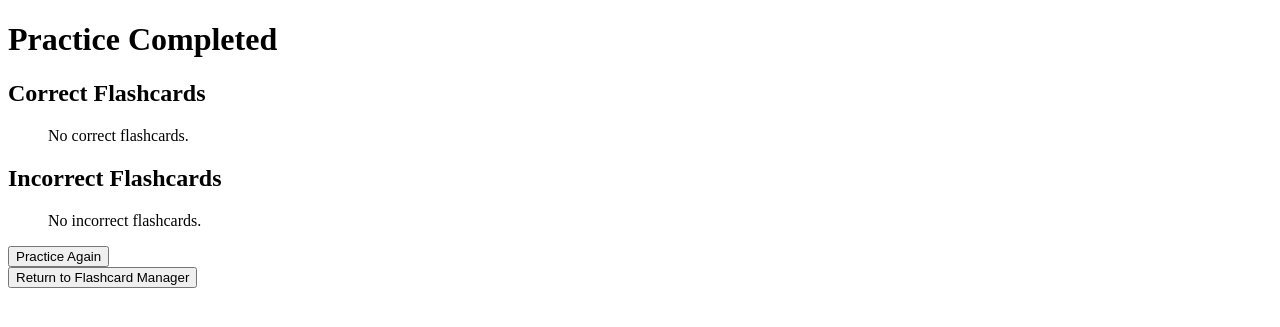
Repository: Oriyin/Algorithm_StudyHelper
Page: http://localhost/practice_completed
The author's editor kept a copy of each file at every save. The page is drawn from the files as they stood at one save, then again after the next save.
The browser window is 1280 px wide. The pictures show the whole page.
The page is served by the project's application, run on Flask 3 (backend/app.py).

Above is the page before, as saved 2024-10-11 12:22:52.

### templates/practice_completed.html
<!DOCTYPE html>
<html lang="en">
<head>
    <meta charset="UTF-8">
    <meta name="viewport" content="width=device-width, initial-scale=1.0">
    <title>Practice Completed</title>
</head>
<body>
    <h1>Practice Completed</h1>

    <h2>Correct Flashcards</h2>
    <ul>
        {% if correct_flashcards %}
            {% for flashcard in correct_flashcards %}
                <li>{{ flashcard.term }} - {{ flashcard.meaning }}</li>
            {% endfor %}
        {% else %}
            <p>No correct flashcards.</p>
        {% endif %}
    </ul>

    <h2>Incorrect Flashcards</h2>
    <ul>
        {% if incorrect_flashcards %}
            {% for flashcard in incorrect_flashcards %}
                <li>{{ flashcard.term }} - {{ flashcard.meaning }}</li>
            {% endfor %}
        {% else %}
            <p>No incorrect flashcards.</p>
        {% endif %}
    </ul>

    <form method="GET" action="{{ url_for('start_practice') }}">
        <button type="submit">Practice Again</button>
    </form>

    <form method="GET" action="{{ url_for('manage_flashcards') }}">
        <button type="submit">Return to Flashcard Manager</button>
    </form>
</body>
</html>

### backend/algorithm.py
# This is code perfectly work entire program.
import random
# backend/algorithm.py

# Insertion Sort Algorithm (used for immediate sorting by due date when adding a new task)
def insertion_sort(arr, key):
    for i in range(1, len(arr)):
        current_element = arr[i]
        j = i - 1
        while j >= 0 and arr[j][key] > current_element[key]:
            arr[j + 1] = arr[j]
            j -= 1
        arr[j + 1] = current_element
    return arr

# Merge Sort Algorithm (used for sorting by due date)
def merge_sort(arr, key):
    if len(arr) <= 1:
        return arr
    mid = len(arr) // 2
    left = merge_sort(arr[:mid], key)
    right = merge_sort(arr[mid:], key)
    return merge(left, right, key)

def merge(left, right, key):
    result = []
    i = j = 0
    while i < len(left) and j < len(right):
        if left[i][key] <= right[j][key]:
            result.append(left[i])
            i += 1
        else:
            result.append(right[j])
            j += 1
    return result + left[i:] + right[j:]

# Counting Sort Algorithm (used for sorting by priority)
def counting_sort(arr, key):
    max_priority = 3
    count = [0] * (max_priority + 1)
    output = [None] * len(arr)

    for item in arr:
        count[item[key]] += 1

    # Modify count to get the descending order position
    for i in range(max_priority - 1, -1, -1):
        count[i] += count[i + 1]

    for item in reversed(arr):
        output[count[item[key]] - 1] = item
        count[item[key]] -= 1

    return output

# Heap Sort Algorithm (used for sorting by both due date and priority)
def heap_sort(arr, key1, key2):
    n = len(arr)
    # Build a max heap
    for i in range(n // 2 - 1, -1, -1):
        heapify(arr, n, i, key1, key2)
    # Extract elements one by one
    for i in range(n - 1, 0, -1):
        arr[0], arr[i] = arr[i], arr[0]  # Swap the root (max element) with the last element
        heapify(arr, i, 0, key1, key2)

    # Reverse the array to get the sorted order (from top to bottom)
    return arr[::-1]  # Reversing the sorted list to ensure correct display order

def heapify(arr, n, i, key1, key2):
    largest = i  # Initialize largest as root
    left = 2 * i + 1  # Left child index
    right = 2 * i + 2  # Right child index

    # Compare left child with root
    if left < n and (arr[left][key1] < arr[largest][key1] or (arr[left][key1] == arr[largest][key1] and arr[left][key2] > arr[largest][key2])):
        largest = left

    # Compare right child with largest so far
    if right < n and (arr[right][key1] < arr[largest][key1] or (arr[right][key1] == arr[largest][key1] and arr[right][key2] > arr[largest][key2])):
        largest = right

    # Swap and continue heapifying if root is not largest
    if largest != i:
        arr[i], arr[largest] = arr[largest], arr[i]  # Swap
        heapify(arr, n, largest, key1, key2)

# Naive String Search Algorithm (used for searching notes)
def naive_string_search(text, pattern):
    m = len(pattern)
    n = len(text)
    result = []

    for i in range(n - m + 1):
        j = 0
        while j < m and text[i + j] == pattern[j]:
            j += 1
        if j == m:
            result.append(i)

    return result

#### Flashcard
def uniqueness_testing(flashcards, new_flashcard):
    terms_set = {flashcard['term'] for flashcard in flashcards}  # Use set for uniqueness
    if new_flashcard['term'] not in terms_set:  # Check if the new term is already present
        flashcards.append(new_flashcard)  # Add the flashcard if unique
        return True  # Indicate success
    return False  # Indicate failure due to duplicate term

def random_flashcards(flashcards):
    randomized_flashcards = []  # เก็บ flashcards ที่สุ่มแล้ว
    available_indices = list(range(len(flashcards)))  # ลำดับที่ยังไม่ถูกเลือก

    for _ in range(len(flashcards)):
        random_index = random.randrange(len(available_indices))  # สุ่มลำดับ
        randomized_flashcards.append(flashcards[available_indices[random_index]])  # เพิ่ม flashcard ที่สุ่มมา
        available_indices.pop(random_index)  # เอาลำดับที่สุ่มแล้วออก

    return randomized_flashcards

# Divide and Conquer for grouping flashcards by incorrect answers frequency
def divide_and_conquer_flashcards(flashcards, low_threshold):
    # Base case: if only one flashcard, return as it is already "divided"
    if len(flashcards) <= 1:
        return flashcards

    # Step 1: Divide the flashcards into two halves
    mid = len(flashcards) // 2
    left_half = divide_and_conquer_flashcards(flashcards[:mid], low_threshold)  # Recursively divide left half
    right_half = divide_and_conquer_flashcards(flashcards[mid:], low_threshold)  # Recursively divide right half

    # Step 2: Conquer by combining flashcards into "low priority" and "high priority" based on frequency
    low_priority = []
    high_priority = []

    # Process each half after recursive division
    for flashcard in left_half + right_half:
        if flashcard['incorrect_count'] > low_threshold:
            high_priority.append(flashcard)  # Add to high priority group
        else:
            low_priority.append(flashcard)  # Add to low priority group

    # Step 3: Combine the results
    return high_priority + low_priority  # Combine high priority first, then low priority

# Counting Sort Algorithm (used for sorting by difficulty)
def counting_sortflash(arr, key):
    # Map difficulty levels to integers
    difficulty_order = {'Easy': 1, 'Medium': 2, 'Hard': 3}

    # Create count array based on the maximum difficulty level
    max_difficulty = 3
    count = [0] * (max_difficulty + 1)
    output = [None] * len(arr)

    # Count the occurrences of each difficulty level
    for item in arr:
        difficulty_level = difficulty_order[item[key]]  # Convert difficulty to integer
        count[difficulty_level] += 1

    # Modify count to get the correct positions
    for i in range(1, max_difficulty + 1):
        count[i] += count[i - 1]

    # Build the output array based on the difficulty levels
    for item in reversed(arr):
        difficulty_level = difficulty_order[item[key]]
        output[count[difficulty_level] - 1] = item
        count[difficulty_level] -= 1

    return output

### backend/app.py
# app.py

from flask import Flask, request, render_template, redirect, url_for
from algorithm import *

# Initialize the Flask application and specify the template folder
app = Flask(__name__, template_folder="../templates")

# Global variables for storing tasks and notes temporarily
tasks = []
notes = []
task_counter = 0  # A counter to uniquely identify each task

# Route for the home page
@app.route('/')
def home():
    return render_template('index.html')

# Route for managing tasks
@app.route('/tasks', methods=['GET', 'POST'])
def manage_tasks():
    global tasks, task_counter
    if request.method == 'POST':
        task_name = request.form.get('task_name')
        task_description = request.form.get('task_description')
        due_date = request.form.get('due_date')
        priority = int(request.form.get('priority'))

        if task_name and task_description and due_date:
            task_counter += 1  # Increment task counter for each new task
            tasks.append({
                'id': task_counter,  # Assign unique ID to each task
                'name': task_name,
                'description': task_description,
                'dueDate': due_date,
                'priority': priority,
                'completed': False
            })

            # Sort tasks by due date immediately (excluding completed tasks) using Insertion Sort
            tasks = insertion_sort([task for task in tasks if not task['completed']], 'dueDate') + [task for task in tasks if task['completed']]

            print("Updated tasks list:")
            print(tasks)

    todo_tasks = [task for task in tasks if not task['completed']]
    done_tasks = [task for task in tasks if task['completed']]

    return render_template('tasks.html', todo_tasks=todo_tasks, done_tasks=done_tasks, enumerate=enumerate)

# Route for managing notes
@app.route('/notes', methods=['GET', 'POST'])
def manage_notes():
    global notes
    if request.method == 'POST':
        note_title = request.form.get('note_title')
        note_content = request.form.get('note_content')

        if note_title and note_content:
            notes.append({
                'title': note_title,
                'content': note_content
            })
            print("Updated notes list:")
            print(notes)

    return render_template('notes.html', notes=notes, enumerate=enumerate)

# Route to edit a specific note by index
@app.route('/edit_note/<int:index>', methods=['POST'])
def edit_note(index):
    global notes
    new_title = request.form.get('edit_note_title')
    new_content = request.form.get('edit_note_content')

    if new_title and new_content:
        # Update the note with new values
        notes[index]['title'] = new_title
        notes[index]['content'] = new_content
        print("Updated notes list:")
        print(notes)

    return redirect(url_for('manage_notes'))

# Route to delete a specific note by index
@app.route('/delete_note/<int:index>', methods=['POST'])
def delete_note(index):
    global notes
    if index < len(notes):
        notes.pop(index)
        print("Updated notes list:")
        print(notes)
    return redirect(url_for('manage_notes'))

# Route to search through notes using a case-insensitive search with highlighted results
@app.route('/search_notes', methods=['POST'])
def search_notes():
    global notes
    search_pattern = request.form.get('search_pattern').lower()  # Make the search pattern lowercase
    search_results = []

    # Perform case-insensitive search on each note's title and content using naive string search
    for index, note in enumerate(notes):
        title = note['title']
        content = note['content']
        highlighted_content = content

        # Use naive string search to find matches (case-insensitive)
        matches = naive_string_search(content.lower(), search_pattern)  # Perform the search on lowercase text

        # If matches are found, highlight them in the content
        if matches:
            for match_index in matches:
                # Highlight the matched text using HTML <mark> tag
                match = content[match_index:match_index + len(search_pattern)]
                highlighted_content = highlighted_content.replace(match, f"<mark>{match}</mark>")
            search_results.append({
                'index': index,
                'title': title,
                'highlighted_content': highlighted_content
            })

    # If no matches are found, set a message to be displayed
    no_match_message = None
    if not search_results:
        no_match_message = "Don't have any file that match with finding word."

    return render_template('notes.html', notes=notes, search_results=search_results, no_match_message=no_match_message, search_pattern=search_pattern, enumerate=enumerate)

# Route to edit a specific task by index
@app.route('/edit_task/<int:index>', methods=['POST'])
def edit_task(index):
    global tasks
    new_name = request.form.get('edit_name')
    new_description = request.form.get('edit_description')
    new_due_date = request.form.get('edit_due_date')
    new_priority = int(request.form.get('edit_priority'))

    if new_name and new_description and new_due_date:
        # Update the task with new values
        tasks[index]['name'] = new_name
        tasks[index]['description'] = new_description
        tasks[index]['dueDate'] = new_due_date
        tasks[index]['priority'] = new_priority
        print("Updated tasks list:")
        print(tasks)

    # Re-sort tasks by due date immediately after editing using Insertion Sort
    tasks = insertion_sort([task for task in tasks if not task['completed']], 'dueDate') + [task for task in tasks if task['completed']]

    return redirect(url_for('manage_tasks'))

# Route to toggle a task's completion status using its unique ID
@app.route('/toggle_completed/<int:task_id>', methods=['POST'])
def toggle_completed(task_id):
    global tasks
    for task in tasks:
        if task['id'] == task_id:
            task['completed'] = not task['completed']
            print("Updated tasks list:")
            print(tasks)
            break
    # Re-sort the tasks to ensure they are in the correct order
    tasks = insertion_sort([task for task in tasks if not task['completed']], 'dueDate') + [task for task in tasks if task['completed']]
    return redirect(url_for('manage_tasks'))

# Route to delete a task by its unique ID
@app.route('/delete_task/<int:task_id>', methods=['POST'])
def delete_task(task_id):
    global tasks
    tasks = [task for task in tasks if task['id'] != task_id]
    print("Updated tasks list:")
    print(tasks)
    return redirect(url_for('manage_tasks'))

# Route to sort tasks by due date using Merge Sort
@app.route('/sort_by_due_date', methods=['POST'])
def sort_by_due_date():
    global tasks
    incomplete_tasks = [task for task in tasks if not task['completed']]
    # Use merge_sort to sort the incomplete tasks by 'dueDate'
    tasks = merge_sort(incomplete_tasks, 'dueDate') + [task for task in tasks if task['completed']]
    print("Updated tasks list:")
    print(tasks)
    return redirect(url_for('manage_tasks'))

# Route to sort tasks by priority
@app.route('/sort_by_priority', methods=['POST'])
def sort_by_priority():
    global tasks
    incomplete_tasks = [task for task in tasks if not task['completed']]
    tasks = counting_sort(incomplete_tasks, 'priority') + [task for task in tasks if task['completed']]
    print("Updated tasks list:")
    print(tasks)
    return redirect(url_for('manage_tasks'))

# Route to sort tasks by both due date and priority
@app.route('/sort_by_both', methods=['POST'])
def sort_by_both():
    global tasks
    incomplete_tasks = [task for task in tasks if not task['completed']]
    tasks = heap_sort(incomplete_tasks, 'dueDate', 'priority') + [task for task in tasks if task['completed']]
    print("Updated tasks list:")
    print(tasks)
    return redirect(url_for('manage_tasks'))

# Global variable to store flashcards
flashcards = []

@app.route('/flashcards', methods=['GET', 'POST'])
def manage_flashcards():
    global flashcards
    if request.method == 'POST':
        term = request.form.get('term')
        meaning = request.form.get('meaning')
        difficulty = request.form.get('difficulty')  # Capture the difficulty level

        # Create a new flashcard with 'incorrect_count' initialized to 0 and difficulty level
        new_flashcard = {'term': term, 'meaning': meaning, 'difficulty': difficulty, 'incorrect_count': 0}

        # Use the uniqueness testing function to avoid duplicates
        if uniqueness_testing(flashcards, new_flashcard):
            print("Flashcard added successfully!")
        else:
            print("Duplicate term found! Flashcard not added.")

    # Render the flashcards page with the flashcards list and total number
    return render_template('flashcards.html', flashcards=flashcards, enumerate=enumerate)


# Route to start flashcard practice (randomizes flashcards before starting)
@app.route('/start_practice', methods=['GET'])
def start_practice():
    global flashcards
    # Randomize flashcards before starting practice
    flashcards = random_flashcards(flashcards)
    return redirect(url_for('practice_flashcard', index=0))

@app.route('/practice_flashcard/<int:index>', methods=['GET', 'POST'])
def practice_flashcard(index):
    global flashcards
    if index >= len(flashcards):
        # If the index is out of range, redirect to the practice completion page
        return redirect(url_for('practice_completed'))

    if request.method == 'POST':
        # Check if the answer was correct or not
        is_correct = request.form.get('is_correct') == 'true'
        if not is_correct:
            flashcards[index]['incorrect_count'] += 1

        # Move to the next flashcard
        next_index = index + 1
        if next_index < len(flashcards):
            return redirect(url_for('practice_flashcard', index=next_index))
        else:
            return redirect(url_for('practice_completed'))

    # Render the current flashcard for practice
    flashcard = flashcards[index]
    return render_template('practice_flashcard.html', flashcard=flashcard, index=index)


@app.route('/practice_completed')
def practice_completed():
    global flashcards

    # Group flashcards based on incorrect_count
    low_threshold = 1
    grouped_flashcards = divide_and_conquer_flashcards(flashcards, low_threshold)

    # Separate correct and incorrect flashcards for the result page
    correct_flashcards = [fc for fc in grouped_flashcards if fc['incorrect_count'] == 0]
    incorrect_flashcards = [fc for fc in grouped_flashcards if fc['incorrect_count'] > 0]

    # Show the result in terms of high-priority (incorrect more often) and low-priority flashcards
    return render_template('practice_completed.html', correct_flashcards=correct_flashcards, incorrect_flashcards=incorrect_flashcards)


# Route to practice again (randomizes flashcards and restarts the session)
@app.route('/practice_again', methods=['GET'])
def practice_again():
    global flashcards
    # Randomize flashcards before starting practice again
    flashcards = random_flashcards(flashcards)
    return redirect(url_for('practice_flashcard', index=0))

@app.route('/start_focused_practice', methods=['GET'])
def start_focused_practice():
    global flashcards

    # Set a low_threshold for incorrect answers to define "high-priority"
    low_threshold = 2  # For example, focus on flashcards with incorrect_count > 2

    # Group flashcards based on how often the user gets them wrong
    flashcards = divide_and_conquer_flashcards(flashcards, low_threshold)

    return redirect(url_for('practice_flashcard', index=0))


@app.route('/start_practice_by_difficulty', methods=['GET'])
def start_practice_by_difficulty():
    global flashcards

    if len(flashcards) == 0:
        # Redirect to the flashcards management page if there are no flashcards
        return redirect(url_for('manage_flashcards'))

    # Sort flashcards by difficulty in the order of Easy -> Medium -> Hard
    flashcards = counting_sortflash(flashcards, 'difficulty')

    return redirect(url_for('practice_flashcard', index=0))

# Run the Flask server
if __name__ == "__main__":
    app.run(debug=True)
    print(tasks)
    print(notes)

After the next save:
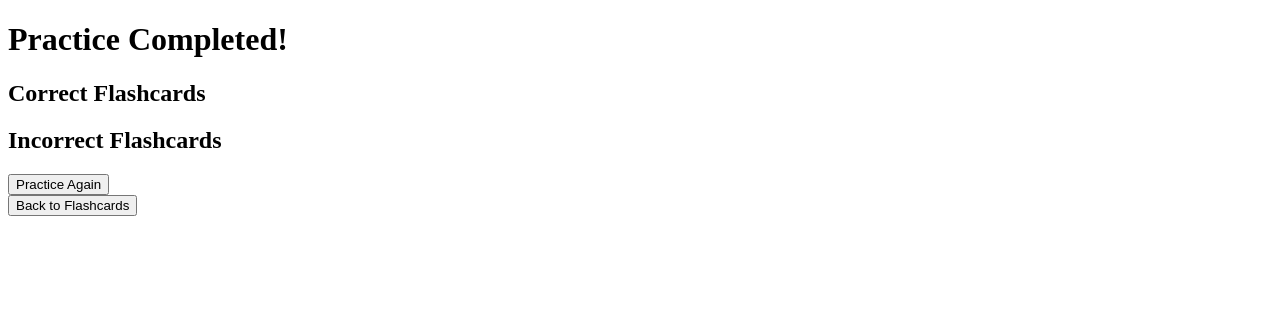
Saved 4 min 40 s later.
--- a/templates/practice_completed.html
+++ b/templates/practice_completed.html
@@ -6,36 +6,31 @@
     <title>Practice Completed</title>
 </head>
 <body>
-    <h1>Practice Completed</h1>
+    <h1>Practice Completed!</h1>
 
+    <!-- Display results for correct and incorrect flashcards -->
     <h2>Correct Flashcards</h2>
     <ul>
-        {% if correct_flashcards %}
-            {% for flashcard in correct_flashcards %}
-                <li>{{ flashcard.term }} - {{ flashcard.meaning }}</li>
-            {% endfor %}
-        {% else %}
-            <p>No correct flashcards.</p>
-        {% endif %}
+        {% for flashcard in correct_flashcards %}
+            <li>{{ flashcard.term }} - {{ flashcard.meaning }} ({{ flashcard.difficulty }})</li>
+        {% endfor %}
     </ul>
 
     <h2>Incorrect Flashcards</h2>
     <ul>
-        {% if incorrect_flashcards %}
-            {% for flashcard in incorrect_flashcards %}
-                <li>{{ flashcard.term }} - {{ flashcard.meaning }}</li>
-            {% endfor %}
-        {% else %}
-            <p>No incorrect flashcards.</p>
-        {% endif %}
+        {% for flashcard in incorrect_flashcards %}
+            <li>{{ flashcard.term }} - {{ flashcard.meaning }} ({{ flashcard.difficulty }}) - Incorrect Count: {{ flashcard.incorrect_count }}</li>
+        {% endfor %}
     </ul>
 
-    <form method="GET" action="{{ url_for('start_practice') }}">
+    <!-- Button to practice again -->
+    <form method="GET" action="{{ url_for('practice_again') }}">
         <button type="submit">Practice Again</button>
     </form>
 
+    <!-- Button to go back to the flashcards main page -->
     <form method="GET" action="{{ url_for('manage_flashcards') }}">
-        <button type="submit">Return to Flashcard Manager</button>
+        <button type="submit">Back to Flashcards</button>
     </form>
 </body>
 </html>
